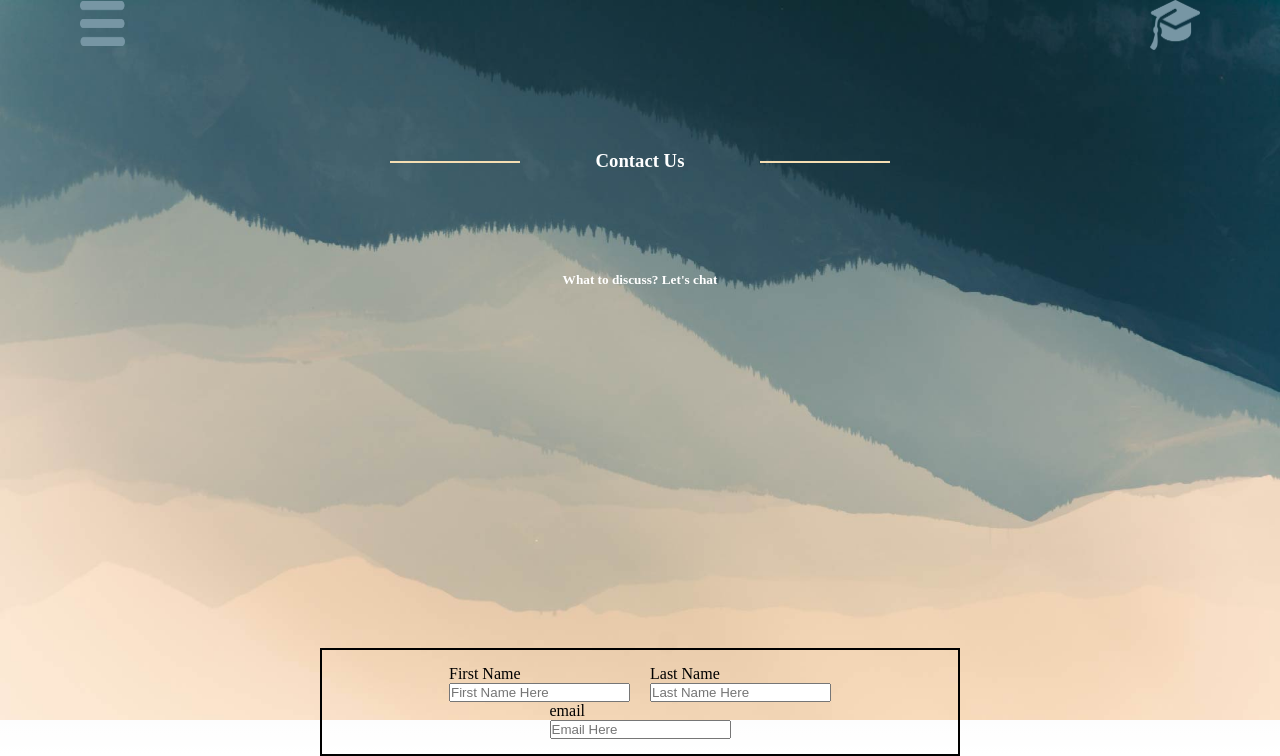
Repository: anoncoderin/assignment01-withCarousel-Madhu
Page: /contact
These files come from the project's save history. The page is drawn as it stood at one moment and after a run of saves; the edit follows.
The browser window is 1280 px wide. The pictures show the whole page.
The project was rebuilt for these pictures with package versions that can differ from the ones it lists, and the page was loaded fresh each time. The framework's server and built-in components were replaced by stand-ins that run in the browser. Also part of the build but not shown: next.config.js.

Above is the page before, as saved 2023-02-03 21:56:38.

### pages/contact.js

import Link from 'next/link'
import { useState } from 'react'
import { useRouter } from 'next/router'
import styles from '@/styles/contact.module.css'
import Image from 'next/image'
import Nav from '../components/nav'



export default function Contact() {
    const router = useRouter();
    const [formData, setFormData] = useState({
        firstName: '',
        lastName: '',
        email: ''
    })

    const LoginIn = () => {
        console.log(formData.firstName)
        console.log(formData)

        if (formData.firstName !== null) {
            router.push({
                pathname: './about',
                query: {
                    username: formData.firstName
                }
            })
        }
    }


    return (
        <>

            <div className={styles.backimage}>
                <Image src='/images/backgroundMountainUpsideDown.jpg' fill='true' />
            </div>
            <Nav></Nav>

            <h3 className={styles.hrline}>Contact Us</h3>
            <div className={styles.middletext}>
            <h5>What to discuss? Let's chat</h5>
            </div>

            <div className={styles.contactinfo}>
                <div className={styles.contactinfoname}>
                    <div className={styles.contactinfofirst}>

                        <label>First Name</label>
                        <input
                            placeholder="First Name Here"
                            type="text"
                            id="first"
                            pattern="[A-Z]{1}[a-z{2,10}"
                            title="The first letter should be capital"
                            onChange={(x => setFormData({ ...formData, firstName: x.target.value }))}>

                        </input>
                    </div>
                    <div className={styles.contactinfolast}>
                        <label>Last Name</label>
                        <input
                            placeholder="Last Name Here"
                            type="text"
                            id="first"
                            name="first"
                            pattern="[A-Z]{1}{2,10}"
                            minLength="5"
                            maxLength="10"
                            onChange={(x => setFormData({ ...formData, lastName: x.target.value }))}>

                        </input>
                    </div>
                </div>
                <div className={styles.contactemail}>
                    <label>email</label>
                    <input className={styles.emailinput}

                        placeholder="Email Here"
                        type="text"
                        id="first"
                        name="first"
                        pattern="[A-Z]{1}{2,10}"
                        minLength="5"
                        maxLength="10"
                        onChange={(x => setFormData({ ...formData, lastName: x.target.value }))}>


                    </input>
                </div>
            </div>

        </>
    )
}

### styles/globals.css
:root {
  --max-width: 1100px;
  --border-radius: 12px;
  --font-mono: ui-monospace, Menlo, Monaco, 'Cascadia Mono', 'Segoe UI Mono',
    'Roboto Mono', 'Oxygen Mono', 'Ubuntu Monospace', 'Source Code Pro',
    'Fira Mono', 'Droid Sans Mono', 'Courier New', monospace;

  --foreground-rgb: 0, 0, 0;
  --background-start-rgb: 214, 219, 220;
  --background-end-rgb: 255, 255, 255;

  --primary-glow: conic-gradient(
    from 180deg at 50% 50%,
    #16abff33 0deg,
    #0885ff33 55deg,
    #54d6ff33 120deg,
    #0071ff33 160deg,
    transparent 360deg
  );
  --secondary-glow: radial-gradient(
    rgba(255, 255, 255, 1),
    rgba(255, 255, 255, 0)
  );

  --tile-start-rgb: 239, 245, 249;
  --tile-end-rgb: 228, 232, 233;
  --tile-border: conic-gradient(
    #00000080,
    #00000040,
    #00000030,
    #00000020,
    #00000010,
    #00000010,
    #00000080
  );

  --callout-rgb: 238, 240, 241;
  --callout-border-rgb: 172, 175, 176;
  --card-rgb: 180, 185, 188;
  --card-border-rgb: 131, 134, 135;
}

@media (prefers-color-scheme: dark) {
  :root {
    --foreground-rgb: 255, 255, 255;
    --background-start-rgb: 0, 0, 0;
    --background-end-rgb: 0, 0, 0;

    --primary-glow: radial-gradient(rgba(1, 65, 255, 0.4), rgba(1, 65, 255, 0));
    --secondary-glow: linear-gradient(
      to bottom right,
      rgba(1, 65, 255, 0),
      rgba(1, 65, 255, 0),
      rgba(1, 65, 255, 0.3)
    );

    --tile-start-rgb: 2, 13, 46;
    --tile-end-rgb: 2, 5, 19;
    --tile-border: conic-gradient(
      #ffffff80,
      #ffffff40,
      #ffffff30,
      #ffffff20,
      #ffffff10,
      #ffffff10,
      #ffffff80
    );

    --callout-rgb: 20, 20, 20;
    --callout-border-rgb: 108, 108, 108;
    --card-rgb: 100, 100, 100;
    --card-border-rgb: 200, 200, 200;
  }
}

* {
  box-sizing: border-box;
  padding: 0;
  margin: 0;
}

html,
body {
  max-width: 100vw;
  overflow-x: hidden;
}

body {
  color: rgb(var(--foreground-rgb));
  background: linear-gradient(
      to bottom,
      transparent,
      rgb(var(--background-end-rgb))
    )
    rgb(var(--background-start-rgb));
}

a {
  color: inherit;
  text-decoration: none;
}






@media (prefers-color-scheme: dark) {
  html {
    color-scheme: dark;
  }
}

### styles/contact.module.css

.backimage{
    z-index: -1;
          position:fixed;
          width: 100vw;
          height: 100vh;
  }

  .nav{
    display: flex;
    flex-direction: row;
    justify-content: space-between;
    padding-left: 5rem;
    padding-right: 5rem;
  }

  .contactinfo{
    display: flex;
    flex-direction: column;
    align-items: center;
    margin-inline: auto;
    margin-top: 50vh;
    border: 2px solid black;
    margin-left: 25vw;
    margin-right: 25vw;
    padding: 15px;

  }
  .contactinfoname{
    display: flex;
    flex-direction: row;
    gap: 20px;

  }
  .contactinfofirst{
    display: flex;
    flex-direction: column;
  }
  .contactinfolast{
    display: flex;
    flex-direction: column;
  }
  .contactemail{
    display: flex;
    flex-direction: column;

  }
  .emailinput{
    width: 100%;
    }
  .hrline{
    position: relative;
    max-width: 500px;
    margin: 100px auto;
    text-align: center;
    color: white;
  }

.hrline:before, .hrline:after{
  content:" ";
  height: 2px;
  width: 130px;
  background: wheat;
  display: block;
  position: absolute;
  top: 50%;
}
.hrline:before{
  left: 0;
}
.hrline:after{
   right: 0;
}

.middletext{
  display: flex;
  flex-direction: column;
  align-items: center;
  color: white;
}

### components/nav/index.js
import styles from '@/styles/nav.module.css'
import Image from 'next/image'

export default function Nav(
    {
      menuIcon='/images/icons/icons/menu-icon.png',
      menuIconHeight=45,
      menuIconWidth=45,
      favIcon='/images/favicon/favicon.png',
      favIconHeight=50,
      favIconWidth=50

    }
)
{
    return (
        <div className={styles.nav}>
        <button className={styles.menubar}><Image src={menuIcon} height={menuIconHeight} width={menuIconWidth}></Image></button>
        <Image src={favIcon} height={favIconHeight} width={favIconWidth}></Image>
      </div>
    )
}

### styles/nav.module.css
.nav{
    display: flex;
    flex-direction: row;
    justify-content: space-between;
    padding-left: 5rem;
    padding-right: 5rem;
  }

  .menubar{
    background-color: transparent;
    border:none;
  }

Loaded but not shown: pages/_app.js (common file); pages/_document.js (common file)

After the next 3 saves:
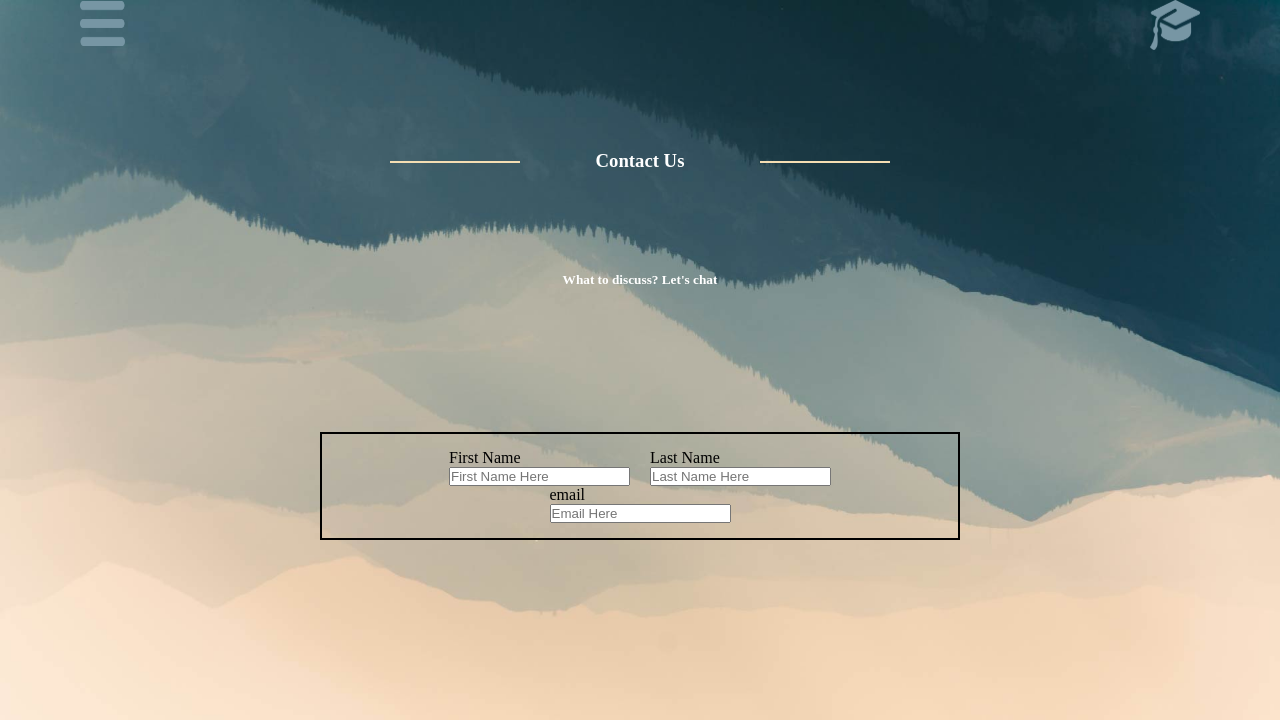
The 3 saves are shown as one change because they came seconds apart.
The last was saved 35 s later.
--- a/styles/contact.module.css
+++ b/styles/contact.module.css
@@ -19,7 +19,7 @@
     flex-direction: column;
     align-items: center;
     margin-inline: auto;
-    margin-top: 50vh;
+    margin-top: 20vh;
     border: 2px solid black;
     margin-left: 25vw;
     margin-right: 25vw;
